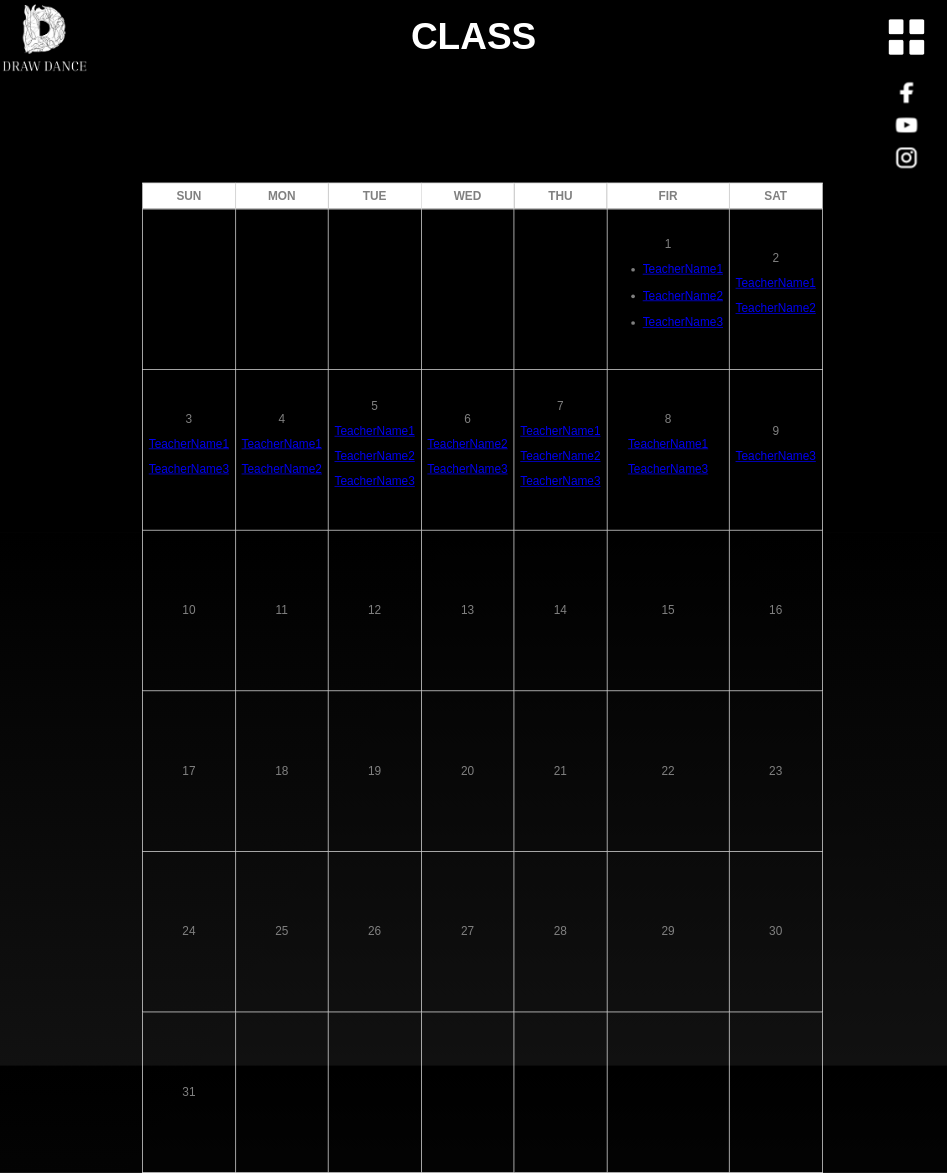
Repository: seonghun9906/semiProject
Page: http://localhost/drawAcademy/WEB-INF/views/Class/classpage.jsp
An editor plug-in stored every save of this project. The page is shown before and after a run of saves, followed by the edit.
The browser window is 1280 px wide. The pictures show the whole page, at 74% of full size.
The page is served by Tomcat 9. Nobody is signed in. Other server files are loaded and not shown. The template is opened directly, without the code that normally fills it, so the values that code supplies are empty.

Above is the page before, as saved 2024-02-28 01:45:36.

### drawAcademy/src/main/webapp/WEB-INF/views/Class/classpage.jsp
<%@ page language="java" contentType="text/html; charset=UTF-8"
   pageEncoding="UTF-8"%>
<%@ taglib uri="http://java.sun.com/jsp/jstl/core" prefix="c"%>
<!DOCTYPE html>
<html>
<head>
<meta charset="UTF-8">
<title>수강신청 사이트</title>
<link rel="stylesheet" href="resources/css/classpage.css">
<script src="https://code.jquery.com/jquery-3.7.1.min.js"
   integrity="sha256-/JqT3SQfawRcv/BIHPThkBvs0OEvtFFmqPF/lYI/Cxo="
   crossorigin="anonymous"></script>

</head>
<body>
   <div class="bodyMain">
      <div class="title">
         CLASS
      </div>
      <div class="headerMenu">
         <button class="Home-btn" onclick="location.href='./'">
            <img src="resources/images/lg.png" class="logo">
         </button>
      </div>
      <div id="menu-container">
         <img src="resources/images/menu.png" id="menuButton">
         <div id="rectangle">
            <br> <br>
            <button class="Home-btn" onclick="location.href='./'">
               <p>HOME</p>
            </button>
            <br> <br> <br>
            <button class="ABOUT-btn" onclick="location.href='./about'">
               <p>ABOUT</p>
            </button>
            <br> <br> <br>
            <button class="INSTRUCTORS-btn"
               onclick="location.href='./instructors'">
               <p>INSTRUCTORS</p>
            </button>
            <br> <br> <br>
            <button class="CLASS-btn" onclick="location.href='./classpage'">
               <p>CLASS</p>
            </button>
             <br> <br> <br>
              <button class="CONTACT-btn" onclick="location.href='./qboard'">
               <p>FAQ</p>
            </button>
            <br> <br> <br> <br> <br> <br> <br>
            <div class="smallWord">
               <button id="loginBtn" class="LOGIN-btn"
                  onclick="location.href='./login'">
                  <small>LOGIN</small>
               </button>
               <form id="logoutForm" action="logout" method="get">
                  <button class="LOGIN-btn" onclick="location.href='./'">
                     <small>LOGOUT</small>
                  </button>
               </form>
               <button id="signupBtn" class="SIGNUP-btn"
                  onclick="location.href='./signUp'">
                  <small>SIGN UP</small>
               </button>
               <button id="myPage" class="MYPAGE-btn"
                  onclick="location.href='./mypage'">
                  <small>MY PAGE</small>
               </button>
            </div>
            <br> <br>
            <div id="icon-container2">
               <a href="https://www.facebook.com"> <img
                  src="resources/images/facebookIcon.png" class="facebook">
               </a> <a href="https://www.youtube.com"> <img
                  src="resources/images/youtubeIcon.png" class="youtube">
               </a> <a href="https://www.instagram.com"> <img
                  src="resources/images/instagramIcon.png" class="instagram">
               </a>
            </div>
         </div>
      </div>
      <div id="icon-container">
         <a href="https://www.facebook.com"> <img
            src="resources/images/facebookIcon.png" class="facebook">
         </a> <a href="https://www.youtube.com"> <img
            src="resources/images/youtubeIcon.png" class="youtube">
         </a> <a href="https://www.instagram.com"> <img
            src="resources/images/instagramIcon.png" class="instagram">
         </a>
      </div>


   <div class = cal>
	<h2>2024년 3월</h2>
	<table>
    	<thead>
        <tr>
            <th>SUN</th>
            <th>MON</th>
            <th>TUE</th>
            <th>WED</th>
            <th>THU</th>
            <th>FIR</th>
            <th>SAT</th>
        </tr>
    </thead>
    <tbody>
        <tr>
            <td></td>
            <td></td>
            <td></td>
            <td></td>
            <td></td>
            <td>1
            	<ul>
            <li><a href="class1" class="Testclass">TeacherName1</a></li>
            <br>
            <li><a href="class2" class="Testclass">TeacherName2</a></li>
            <br>
            <li><a href="class3" class="Testclass">TeacherName3</a></li>
            </ul>
            </td>
            <td>2
             <p><a href="class1" class="Testclass">TeacherName1</a></p>
            <p><a href="class2" class="Testclass">TeacherName2</a></p>
            </td>
        </tr>
        <tr>
            <td>3
              <p><a href="class1" class="Testclass">TeacherName1</a></p>

            <p><a href="class3" class="Testclass">TeacherName3</a></p></td>
            <td>4
              <p><a href="class1" class="Testclass">TeacherName1</a></p>
            <p><a href="class2" class="Testclass">TeacherName2</a></p>

            <td>5
              <p><a href="class1" class="Testclass">TeacherName1</a></p>
            <p><a href="class2" class="Testclass">TeacherName2</a></p>
            <p><a href="class3" class="Testclass">TeacherName3</a></p></td>
            <td>6

            <p><a href="class2" class="Testclass">TeacherName2</a></p>
            <p><a href="class3" class="Testclass">TeacherName3</a></p></td>
            <td>7
              <p><a href="class1" class="Testclass">TeacherName1</a></p>
            <p><a href="class2" class="Testclass">TeacherName2</a></p>
            <p><a href="class3" class="Testclass">TeacherName3</a></p></td>
            <td>8
              <p><a href="class1" class="Testclass">TeacherName1</a></p>

            <p><a href="class3" class="Testclass">TeacherName3</a></p></td>
            <td>9

            <p><a href="class3" class="Testclass">TeacherName3</a></p></td>
        </tr>
        <tr>
            <td>10</td>
            <td>11</td>
            <td>12</td>
            <td>13</td>
            <td>14</td>
            <td>15</td>
            <td>16</td>
        </tr>
        <tr>
            <td>17</td>
            <td>18</td>
            <td>19</td>
            <td>20</td>
            <td>21</td>
            <td>22</td>
            <td>23</td>
        </tr>
        <tr>
            <td>24</td>
            <td>25</td>
            <td>26</td>
            <td>27</td>
            <td>28</td>
            <td>29</td>
            <td>30</td>
        </tr>
        <tr>
            <td>31</td>
            <td></td>
            <td></td>
            <td></td>
            <td></td>
            <td></td>
            <td></td>
        </tr>
    </tbody>
</table>
</div>

</div><!-- bodymain -->


</body>
<script>
$(document).ready(function() {
	  var rectangle = $("#rectangle");
	  var menuButton = $("#menuButton");
	  var iconContainer = $("#icon-container");
	  var isRectangleVisible = false;

	  menuButton.on('click', function() {
	    if (!isRectangleVisible) {
	      rectangle.show();
	      iconContainer.hide();
	      isRectangleVisible = true;
	    } else {
	      rectangle.hide();
	      iconContainer.show();
	      isRectangleVisible = false;
	    }
	  });
	});
</script>
<script>

$(document).ready(function() {
	  var loginBtn = $("#loginBtn");
	  var logoutForm = $("#logoutForm");
	  var signupBtn = $("#signupBtn");
	  var myPageBtn = $("#myPage");

	  var loggedInMember = '<%= session.getAttribute("login") %>';
	  console.log("세션에 저장된 값: " + loggedInMember);

	  // 여기서 로그인 여부를 확인하고 그에 따라 버튼을 표시하거나 숨깁니다.
	  var isLoggedIn = loggedInMember !== 'null' && loggedInMember !== '';

	  if (isLoggedIn) {
	    loginBtn.hide();
	    logoutForm.show();
	    signupBtn.hide();
	    myPageBtn.show();
	  } else {
	    loginBtn.show();
	    logoutForm.hide();
	    signupBtn.show();
	    myPageBtn.hide();
	  }
	});
</script>
</html>

### drawAcademy/src/main/webapp/resources/css/classpage.css
html {
   height: 100%;
}

body {
   margin: 0;
   padding: 0;
   font-family: sans-serif;
   background: linear-gradient(#000000, #111111);
}
 		table {
         width: 70%;
         border-collapse: collapse;
         color : white;
         margin : 15%
        }

        th, td {
            border: 1px solid #ddd;
            padding: 8px;
            text-align: center;
            color : gray;
        }

        th {
            background-color: #ffffff;
        }

        td {
        	height : 200px;
            cursor: pointer;
        }

        td:hover {
            background-color: white;
        }
.bodyMain {
   position: absolute;
   background-color: #000000;
   top: 0;
   left: 0;
   bottom: 0;
   right: 0;
   width: 100%;
   height: 100%;
}

.title {
   width: 100%; /* 컨테이너의 너비를 화면 전체로 설정 */
   position: absolute; /* 화면 아래에 고정시킵니다. */
   text-align: center; /* 내부 텍스트를 가운데 정렬합니다. */
   padding: 20px; /* 내부 여백 설정 (예시) */
   box-sizing: border-box; /* 패딩이 포함된 전체 너비/높이 계산 */
   color: #ffffff;
   font-size: 50px;
   font-weight: bold;
}

.middle-part {
   width: 100%; /* 컨테이너의 너비를 화면 전체로 설정 */
   position: absolute; /* 화면 아래에 고정시킵니다. */
   text-align: left; /* 내부 텍스트를 가운데 정렬합니다. */
   padding: 20px; /* 내부 여백 설정 (예시) */
   box-sizing: border-box; /* 패딩이 포함된 전체 너비/높이 계산 */
   color: #ffffff;
   font-size: 60px;
   font-weight: bold;
   margin: 5%;
}

.headerMenu .Home-btn {
   position: absolute;
   background: none;
   border: none;
   padding: 0;
   cursor: pointer;
   width: auto; /* 이미지 크기에 맞게 자동으로 조정됨 */
   z-index: 9999;
}

.headerMenu .logo {
   width: 120px; /* 이미지가 버튼 내에서 꽉 차도록 설정 */
   height: auto; /* 이미지의 가로 세로 비율을 유지하면서 버튼에 맞게 조정 */
}

.facebook {
   width: 20px;
   height: 30px;
   z-index: 9999;
}

.youtube {
   width: 30px;
   height: 20px;
   z-index: 9999;
}

.instagram {
   width: 30px;
   height: 30px;
   z-index: 9999;
}

#menu-container {
   position: relative;
   z-index: 9999;
}

#menuButton {
   cursor: pointer;
   position: fixed;
   top: 25px;
   right: 30px; /* 오른쪽으로 이동 */
   display: flex;
   width: 50px;
   height: 50px;
   z-index: 9999;
}

#icon-container {
   position: fixed;
   top: 110px;
   right: 40px;
   display: flex;
   flex-direction: column; /* 세로 방향으로 아이콘을 나열 */
   align-items: center; /* 아이콘을 수직 중앙으로 정렬 */
   gap: 15px; /* 아이콘 사이의 간격 설정 */
   z-index: 9998;
}

#rectangle {
   /* 처음엔 숨겨져 있음 */
   position: absolute;
   top: 110px; /* toggleButton 바로 아래 위치 */
   right: 30px; /* menuButton과 같게 */
   width: 10.5%;
   min-height: 200px;
   color: black;
   background-color: black;
   display: none;
   border: 2px solid white;
   background-color: black;
   z-index: 9999;
}

#rectangle button {
   cursor: pointer;
   background-color: black;
   border: none;
   padding: 0.5em 0.5em; /* 위아래 0.5em, 좌우 1em으로 설정하여 버튼 크기를 내용에 맞게 조정 */
   color: white;
   font-size: 23px;
   gap: 15px;
}

#rectangle p {
   color: white;
   text-align: left;
   font-size: 24px;
   text-decoration: underline; /* 밑줄 */
   margin: 0px;
}

.smallWord {
   color: white;
   margin: 10px;
}

#icon-container2 {
   position: relative;
   right: -30px;
   display: flex;
   margin-bottom: 30px;
   flex-direction: row; /* 가로 방향으로 아이콘을 나열 */
   align-items: center; /* 아이콘을 수직 중앙으로 정렬 */
   gap: 15px; /* 아이콘 사이의 간격 설정 */
   z-index: 9998;
}

.instructor-container {
   width: 100%;
   position: fixed;
   bottom: 0;
   padding: 20px;
   display: flex;
   justify-content: space-around;
   flex-direction: row;
   box-sizing: border-box;
}

.instructor-container img {
   width: 200px;
   height: 200px;
}

After the next 2 saves:
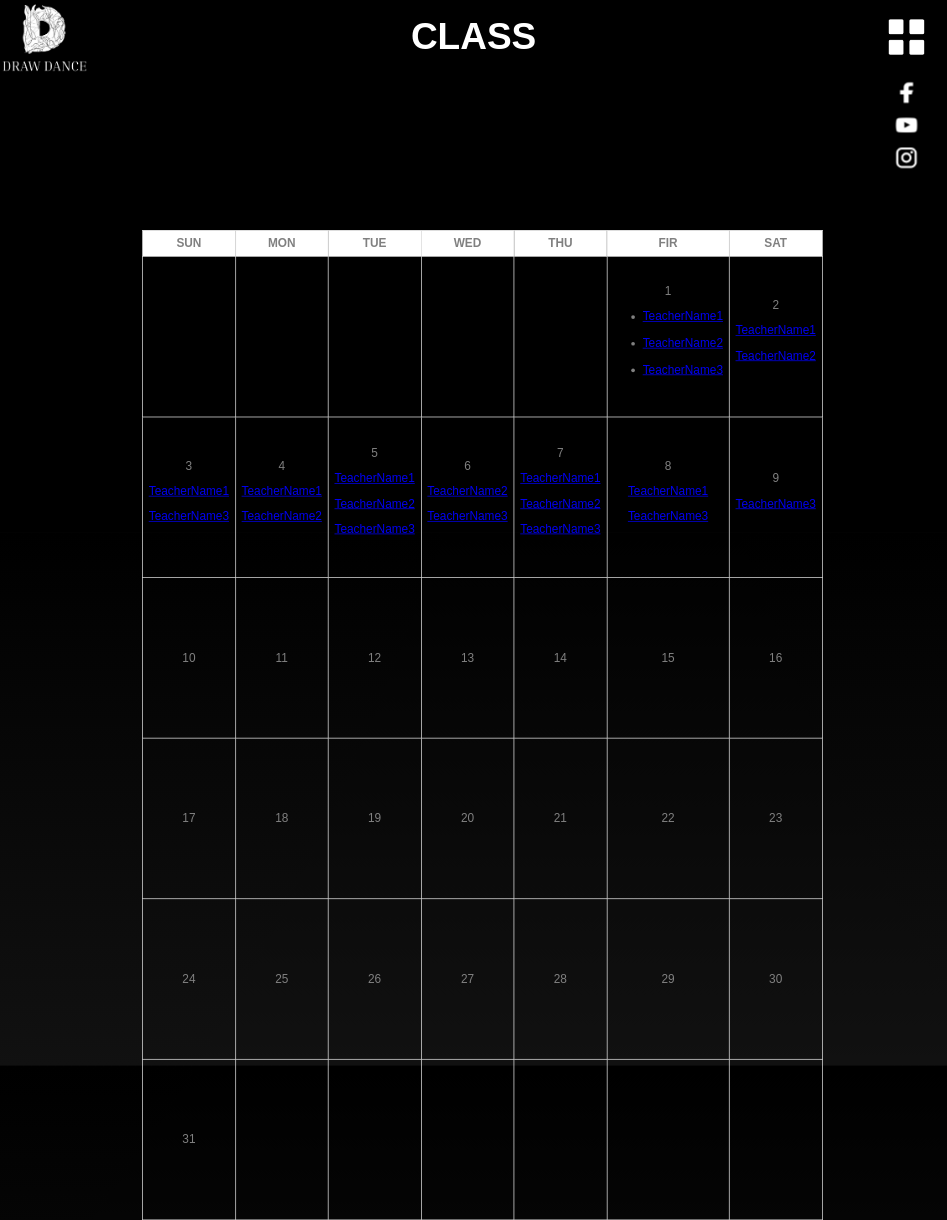
The 2 saves are shown as one change because they came seconds apart.
The last was saved 29 s later.
--- a/drawAcademy/src/main/webapp/resources/css/classpage.css
+++ b/drawAcademy/src/main/webapp/resources/css/classpage.css
@@ -12,7 +12,8 @@
          width: 70%;
          border-collapse: collapse;
          color : white;
-         margin : 15%
+         margin-top : 20%;
+         margin-left : 15%;
         }
 
         th, td {
